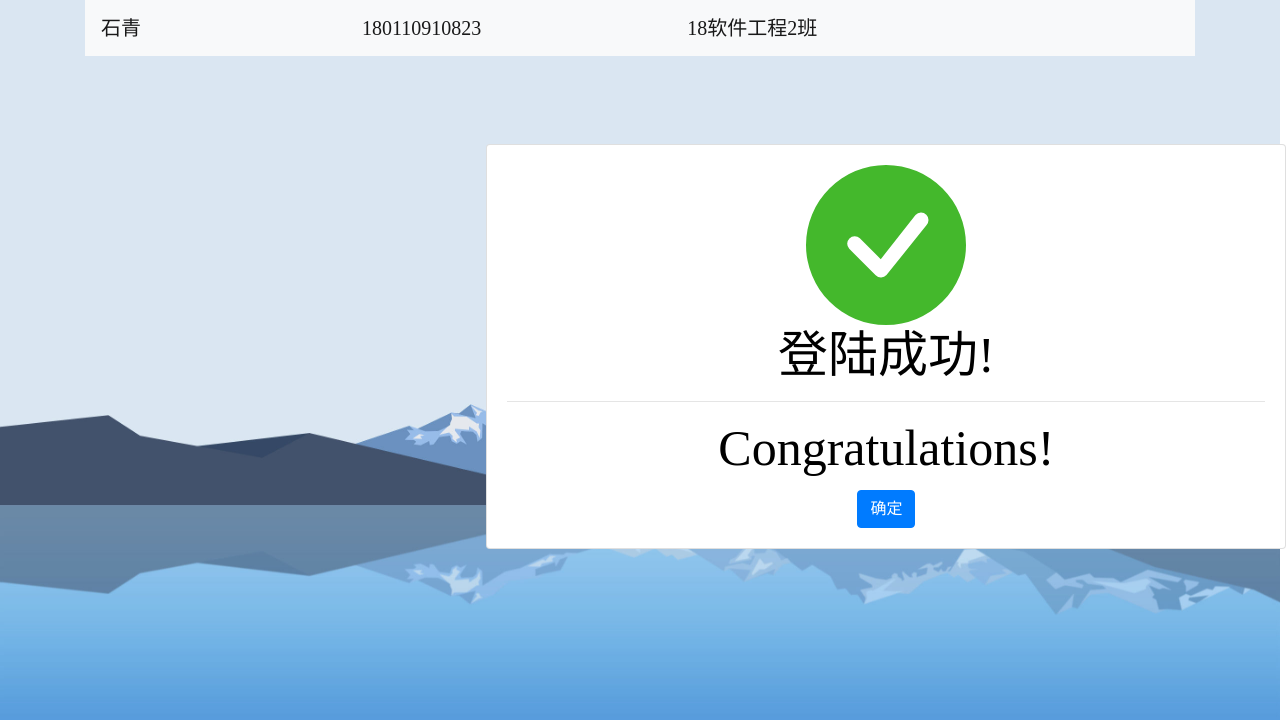
Repository: sqsssq/JavaWeb
Page: class1/IDEA/web/successful.html
An editor plug-in stored every save of this project. The page is shown before and after the next save, followed by the edit.
The browser window is 1280 px wide. The page is 1286 px wide, so the pictures cover 1286 px, including what lies to the right of the window. The pictures show the whole page.

Above is the page before, as saved 2020-09-25 00:49:32.

### class1/IDEA/web/successful.html
<!--
 * @Author: your name
 * @Date: 2020-09-23 10:46:47
 * @LastEditTime: 2020-09-25 00:49:32
 * @LastEditors: Please set LastEditors
 * @Description: In User Settings Edit
 * @FilePath: \IDEA\web\successful.html
-->
<!DOCTYPE html>
<html lang="en">

<head>
    <meta charset="UTF-8">
    <meta name="viewport" content="width=device-width, initial-scale=1, shrink-to-fit=no">
    <link rel="stylesheet" href="https://cdn.jsdelivr.net/npm/bootstrap@4.5.0/dist/css/bootstrap.min.css"
        integrity="sha384-9aIt2nRpC12Uk9gS9baDl411NQApFmC26EwAOH8WgZl5MYYxFfc+NcPb1dKGj7Sk" crossorigin="anonymous">
    <script src="https://cdn.jsdelivr.net/npm/jquery@3.5.1/dist/jquery.slim.min.js"
        integrity="sha384-DfXdz2htPH0lsSSs5nCTpuj/zy4C+OGpamoFVy38MVBnE+IbbVYUew+OrCXaRkfj" crossorigin="anonymous">
    </script>
    <script src="https://cdn.jsdelivr.net/npm/popper.js@1.16.0/dist/umd/popper.min.js"
        integrity="sha384-Q6E9RHvbIyZFJoft+2mJbHaEWldlvI9IOYy5n3zV9zzTtmI3UksdQRVvoxMfooAo" crossorigin="anonymous">
    </script>
    <script src="https://cdn.jsdelivr.net/npm/bootstrap@4.5.0/dist/js/bootstrap.min.js"
        integrity="sha384-OgVRvuATP1z7JjHLkuOU7Xw704+h835Lr+6QL9UvYjZE3Ipu6Tp75j7Bh/kR0JKI" crossorigin="anonymous">
    </script>

    <title>Title</title>
    <style>
        html {
            height: 100%;
        }

        body {
            height: 100%;
            background-image: url("./img/bcg2.jpg");
            background-repeat: no-repeat;
            background-size: 100% 100%;
            background-position: center center;
        }
    </style>
</head>

<body>
    <div class="container" style="font-family: 华文行楷;">
        <nav class="navbar navbar-expand-lg navbar-light bg-light">
            <a class="navbar-brand" href="#">石青
                &nbsp;&nbsp;&nbsp;&nbsp;&nbsp;&nbsp;&nbsp;&nbsp;&nbsp;&nbsp;&nbsp;&nbsp;&nbsp;&nbsp;&nbsp;&nbsp;&nbsp;&nbsp;&nbsp;&nbsp;&nbsp;&nbsp;&nbsp;&nbsp;&nbsp;&nbsp;&nbsp;&nbsp;&nbsp;&nbsp;&nbsp;&nbsp;&nbsp;&nbsp;&nbsp;&nbsp;&nbsp;&nbsp;&nbsp;&nbsp;</a>
            <a class="navbar-brand"
                href="#">180110910823&nbsp;&nbsp;&nbsp;&nbsp;&nbsp;&nbsp;&nbsp;&nbsp;&nbsp;&nbsp;&nbsp;&nbsp;&nbsp;&nbsp;&nbsp;&nbsp;&nbsp;&nbsp;&nbsp;&nbsp;&nbsp;&nbsp;&nbsp;&nbsp;&nbsp;&nbsp;&nbsp;&nbsp;&nbsp;&nbsp;&nbsp;&nbsp;&nbsp;&nbsp;&nbsp;&nbsp;&nbsp;&nbsp;</a>
            <a class="navbar-brand" href="#">18软件工程2班</a>

        </nav>
        <form method="post" action="loginAction.jsp">

            <!--    <form>-->
            <div class="card"
                style="width: 50rem; position:absolute; left: 38%; float: left; top: 20%; background-color: white;">
                <div class="card-body" style="text-align: center;">

                    <!-- <img src="..." class="card-img-top" alt="..."> -->
                    <svg width="10em" height="10em" viewBox="0 0 16 16" class="bi bi-check-circle-fill"
                        fill="#44B82C" xmlns="http://www.w3.org/2000/svg">
                        <path fill-rule="evenodd"
                            d="M16 8A8 8 0 1 1 0 8a8 8 0 0 1 16 0zm-3.97-3.03a.75.75 0 0 0-1.08.022L7.477 9.417 5.384 7.323a.75.75 0 0 0-1.06 1.06L6.97 11.03a.75.75 0 0 0 1.079-.02l3.992-4.99a.75.75 0 0 0-.01-1.05z" />
                    </svg>
                    <br>
                    <h3 class="card-title" style="color: black; font-size: 50px;">登陆成功!</h3>
                    <hr>
                    <h3 class="card-title" style="color: black; font-size: 50px;">Congratulations!</h3>
                    <input class="btn btn-primary" value="确定" id="btn1" type="submit">
                    <!--            <input  class="btn btn-success" value="注册" id="btn2" type="submit">-->
                    <!--            <button class="btn btn-block" id="btn">登陆</button>-->
                </div>
            </div>
        </form>
    </div>
</body>

</html>

After the next save:
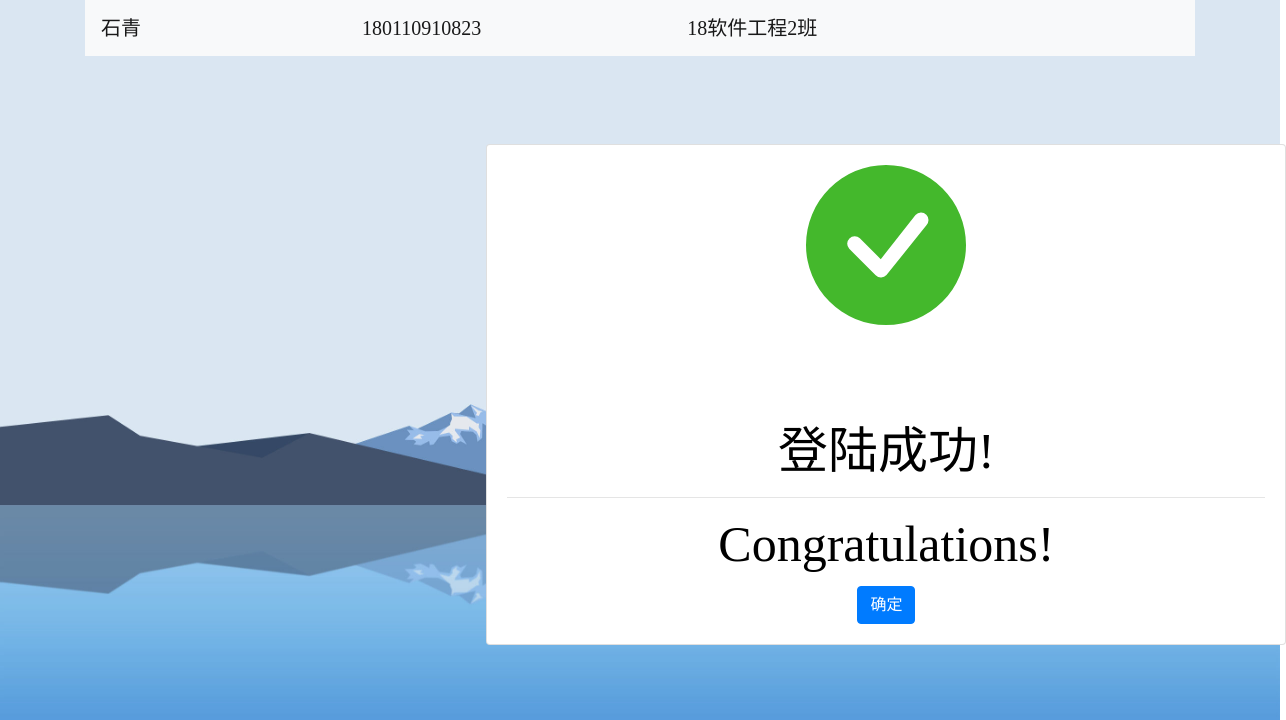
Saved 17 s later.
--- a/class1/IDEA/web/successful.html
+++ b/class1/IDEA/web/successful.html
@@ -1,7 +1,7 @@
 <!--
  * @Author: your name
  * @Date: 2020-09-23 10:46:47
- * @LastEditTime: 2020-09-25 00:49:32
+ * @LastEditTime: 2020-09-25 00:49:49
  * @LastEditors: Please set LastEditors
  * @Description: In User Settings Edit
  * @FilePath: \IDEA\web\successful.html
@@ -63,7 +63,7 @@
                         <path fill-rule="evenodd"
                             d="M16 8A8 8 0 1 1 0 8a8 8 0 0 1 16 0zm-3.97-3.03a.75.75 0 0 0-1.08.022L7.477 9.417 5.384 7.323a.75.75 0 0 0-1.06 1.06L6.97 11.03a.75.75 0 0 0 1.079-.02l3.992-4.99a.75.75 0 0 0-.01-1.05z" />
                     </svg>
-                    <br>
+                    <br> <br> <br> <br> <br>
                     <h3 class="card-title" style="color: black; font-size: 50px;">登陆成功!</h3>
                     <hr>
                     <h3 class="card-title" style="color: black; font-size: 50px;">Congratulations!</h3>
